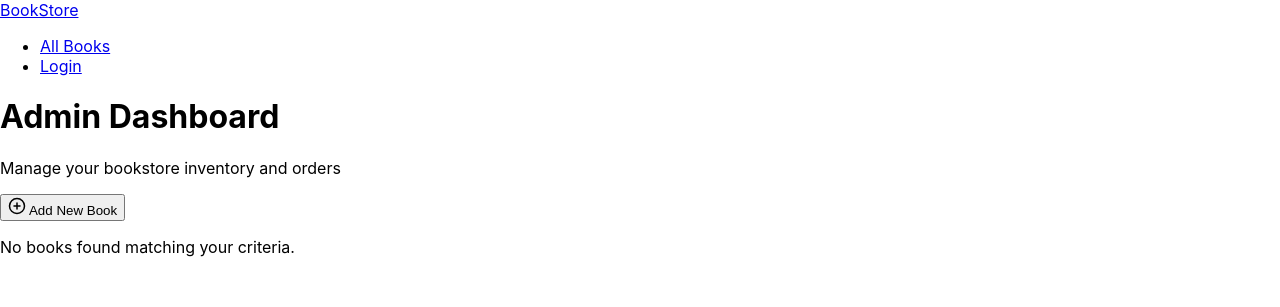
Repository: DiwasGurung/C-PokheraliDevelopers
Page: /admin (app in pokherali-developers/)
The author's editor kept a copy of each file at every save. The page is drawn from the files as they stood at one save, then again after the next save.
The browser window is 1280 px wide. The pictures show the whole page.
The page's requests for data from a server got no answer. The project was rebuilt for these pictures with package versions that can differ from the ones it lists, and the page was loaded fresh each time. No one was signed in, and anything a server would have sent is missing. Also part of the build but not shown: pokherali-developers/src/components/Cart.js, pokherali-developers/src/components/MemberDashboard.js, pokherali-developers/src/components/AddBook.js, pokherali-developers/src/components/BookCatalog.js, pokherali-developers/src/components/Filter.js, pokherali-developers/src/pages/HomePage.js, pokherali-developers/src/components/Login.js, pokherali-developers/src/components/Register.js and 3 more.

Above is the page before, as saved 2025-05-13 23:28:36.

After the next save:
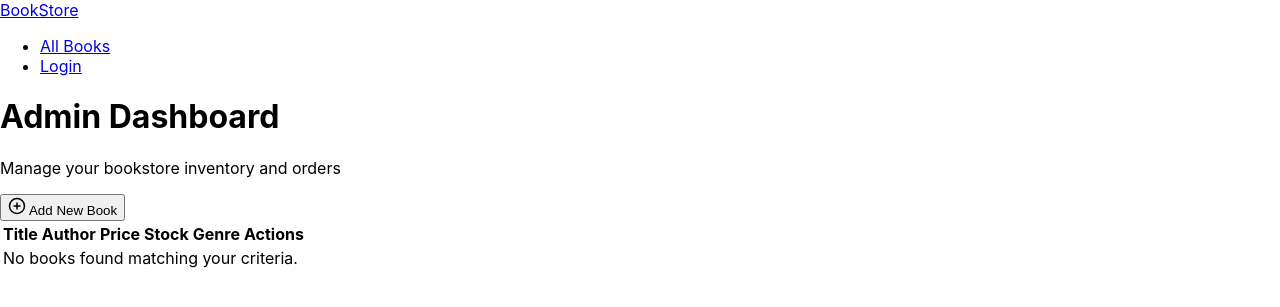
Saved 2 min 15 s later.
--- a/pokherali-developers/src/components/AdminDashboard.js
+++ b/pokherali-developers/src/components/AdminDashboard.js
@@ -145,46 +145,59 @@ export default function AdminDashboard() {
           </button>
         </div>
 
-        {/* Books Display */}
+        {/* Books Display in Table Format */}
         {loading ? (
           <div className="text-center py-10">
             <div className="animate-spin rounded-full h-12 w-12 border-b-2 border-blue-700 mx-auto"></div>
             <p className="mt-2">Loading books...</p>
           </div>
         ) : (
-          <div className="grid grid-cols-1 md:grid-cols-3 gap-8">
-            {books.length > 0 ? (
-              books.map((book) => (
-                <div key={book.id} className="border rounded-lg p-4 shadow-md">
-                  <img
-                    src={book.imageUrl ? `https://localhost:7126${book.imageUrl}` : "/placeholder-book.jpg"}
-                    alt={book.title}
-                    className="w-full h-48 object-cover rounded-md mb-3"
-                  />
-                  <h3 className="text-xl font-medium truncate">{book.title}</h3>
-                  <p className="text-gray-600">{book.author}</p>
-                  <p className="text-lg font-bold text-blue-700 mt-2">${book.price.toFixed(2)}</p>
-                  <div className="flex flex-col mt-4 space-y-2">
-                    <button
-                      onClick={() => handleEditBook(book)}
-                      className="text-sm font-medium text-purple-600 hover:text-purple-800 transition-colors"
-                    >
-                      Edit
-                    </button>
-                    <button
-                      onClick={() => handleDeleteBook(book.id)}
-                      className="text-sm font-medium text-red-600 hover:text-red-800 transition-colors"
-                    >
-                      Delete
-                    </button>
-                  </div>
-                </div>
-              ))
-            ) : (
-              <div className="col-span-3 text-center py-8">
-                <p className="text-gray-500">No books found matching your criteria.</p>
-              </div>
-            )}
+          <div className="overflow-x-auto">
+            <table className="min-w-full table-auto">
+              <thead className="bg-gray-100">
+                <tr>
+                  <th className="px-4 py-2 text-left">Title</th>
+                  <th className="px-4 py-2 text-left">Author</th>
+                  <th className="px-4 py-2 text-left">Price</th>
+                  <th className="px-4 py-2 text-left">Stock</th>
+                  <th className="px-4 py-2 text-left">Genre</th>
+                  <th className="px-4 py-2 text-left">Actions</th>
+                </tr>
+              </thead>
+              <tbody>
+                {books.length > 0 ? (
+                  books.map((book) => (
+                    <tr key={book.id} className="border-b">
+                      <td className="px-4 py-2">{book.title}</td>
+                      <td className="px-4 py-2">{book.author}</td>
+                      <td className="px-4 py-2">${book.price.toFixed(2)}</td>
+                      <td className="px-4 py-2">{book.stockQuantity}</td>
+                      <td className="px-4 py-2">{book.genre}</td>
+                      <td className="px-4 py-2">
+                        <button
+                          onClick={() => handleEditBook(book)}
+                          className="text-sm font-medium text-purple-600 hover:text-purple-800"
+                        >
+                          Edit
+                        </button>
+                        <button
+                          onClick={() => handleDeleteBook(book.id)}
+                          className="text-sm font-medium text-red-600 hover:text-red-800 ml-4"
+                        >
+                          Delete
+                        </button>
+                      </td>
+                    </tr>
+                  ))
+                ) : (
+                  <tr>
+                    <td colSpan="6" className="text-center px-4 py-2 text-gray-500">
+                      No books found matching your criteria.
+                    </td>
+                  </tr>
+                )}
+              </tbody>
+            </table>
           </div>
         )}
 
